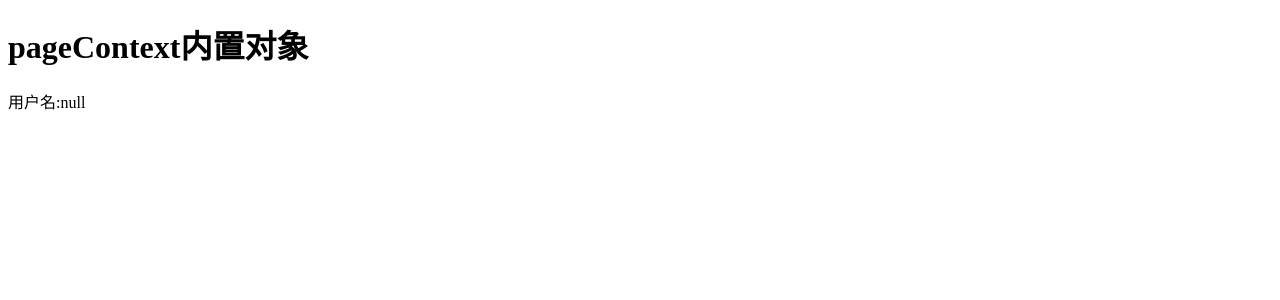
Repository: LauJoeng/JavaEE
Page: http://localhost/JspBaseElementDemo/pageContext.jsp
The author's editor kept a copy of each file at every save. The page is drawn from the files as they stood at one save, then again after the next save.
The browser window is 1280 px wide. The pictures show the whole page.
The page is served by Tomcat 9.

Above is the page before, as saved 2017-11-21 03:12:06.

After the next save:
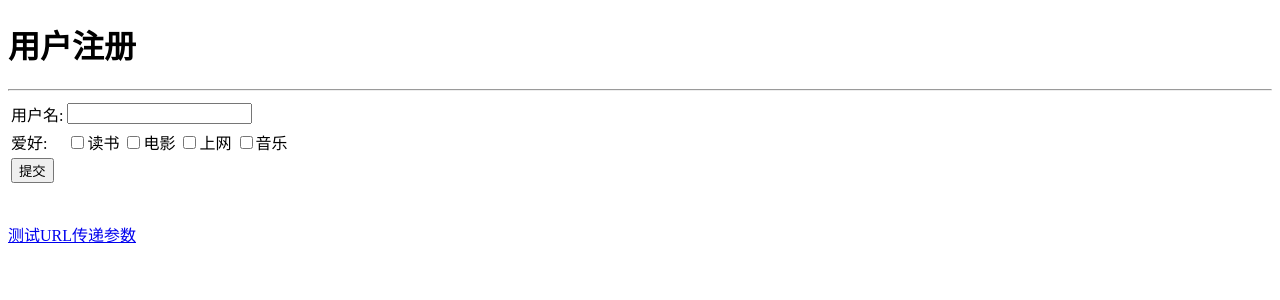
Saved 83 s later.
--- a/JspBaseElementDemo/WebContent/pageContext.jsp
+++ b/JspBaseElementDemo/WebContent/pageContext.jsp
@@ -9,5 +9,9 @@
 <body>
 	<h1>pageContext内置对象</h1>
 	用户名:<%=pageContext.getSession().getAttribute("username") %><br>
+	<%
+		//跳转到注册页面
+		pageContext.forward("reg.jsp");
+	%>
 </body>
 </html>

After the 2 saves that followed:
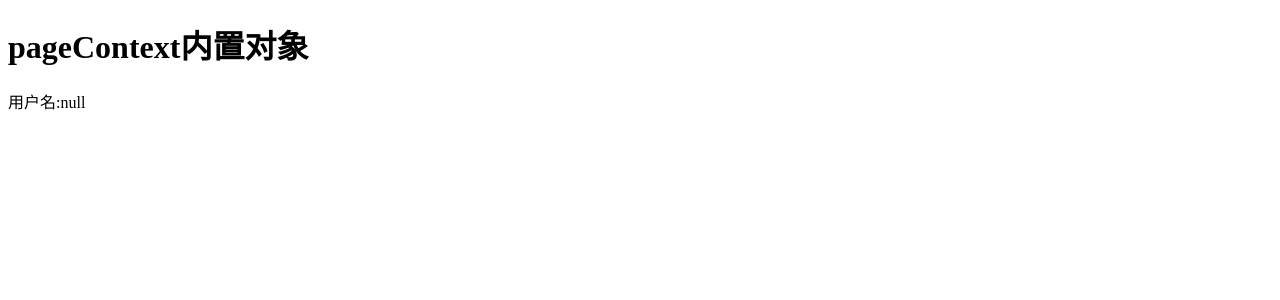
The 2 saves are shown as one change because 1 left the picture as it was.
The last was saved 4 min 12 s later.
--- a/JspBaseElementDemo/WebContent/pageContext.jsp
+++ b/JspBaseElementDemo/WebContent/pageContext.jsp
@@ -11,7 +11,8 @@
 	用户名:<%=pageContext.getSession().getAttribute("username") %><br>
 	<%
 		//跳转到注册页面
-		pageContext.forward("reg.jsp");
+		//pageContext.forward("reg.jsp");
+		pageContext.include("include.jsp");
 	%>
 </body>
 </html>
